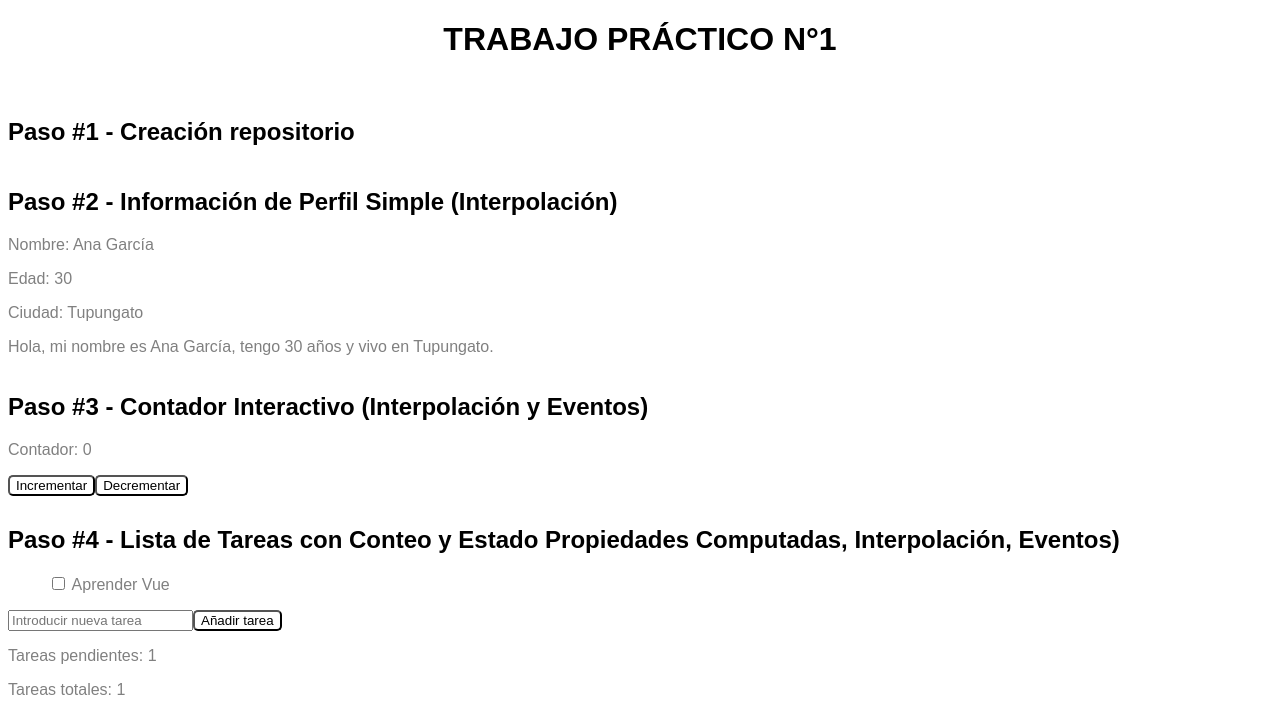
Repository: SofiaSferco/PWA
Page: practico01/index.html
These files come from the project's save history. The page is drawn as it stood at one moment and after the next save; the edit follows.
The browser window is 1280 px wide. The pictures show the whole page.

Above is the page before, as saved 2025-10-03 14:14:43.

After the next save:
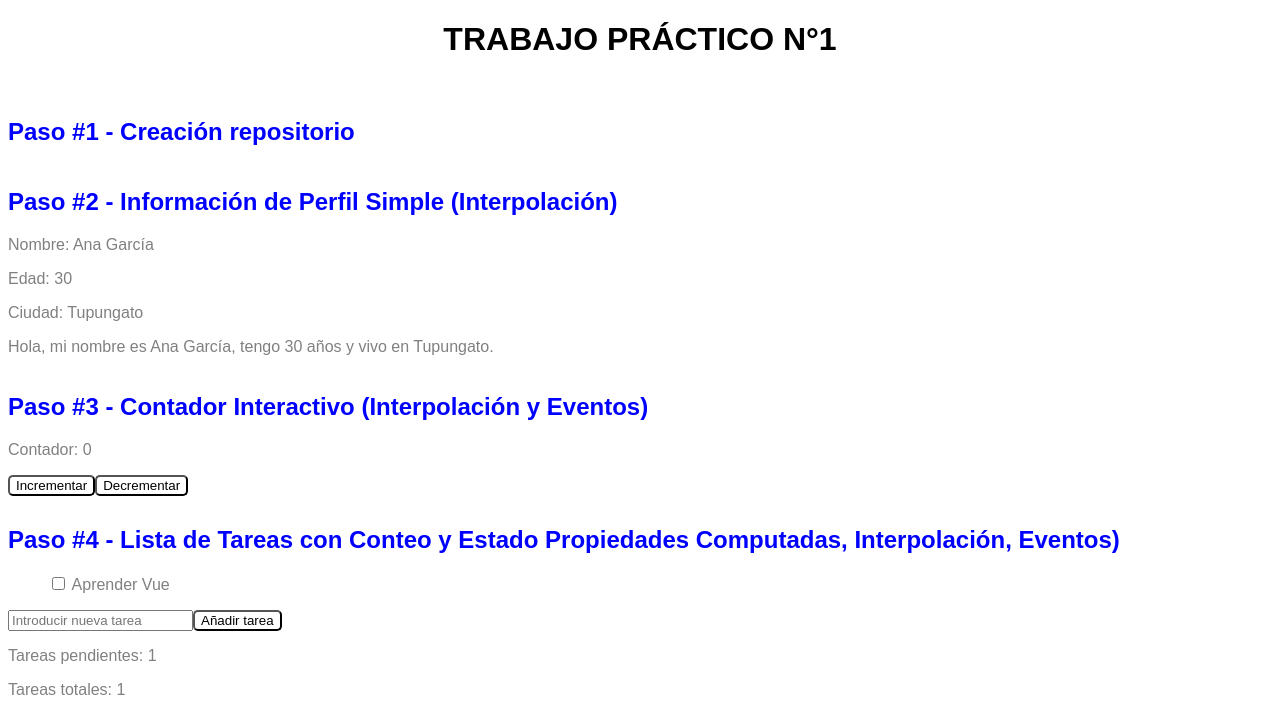
Saved 68 s later.
--- a/practico01/index.html
+++ b/practico01/index.html
@@ -87,7 +87,7 @@
         color: black;
     }
     h2 {
-        color: black;
+        color: blue;
     }
     hr {
         border: 1px solid #ffff;
